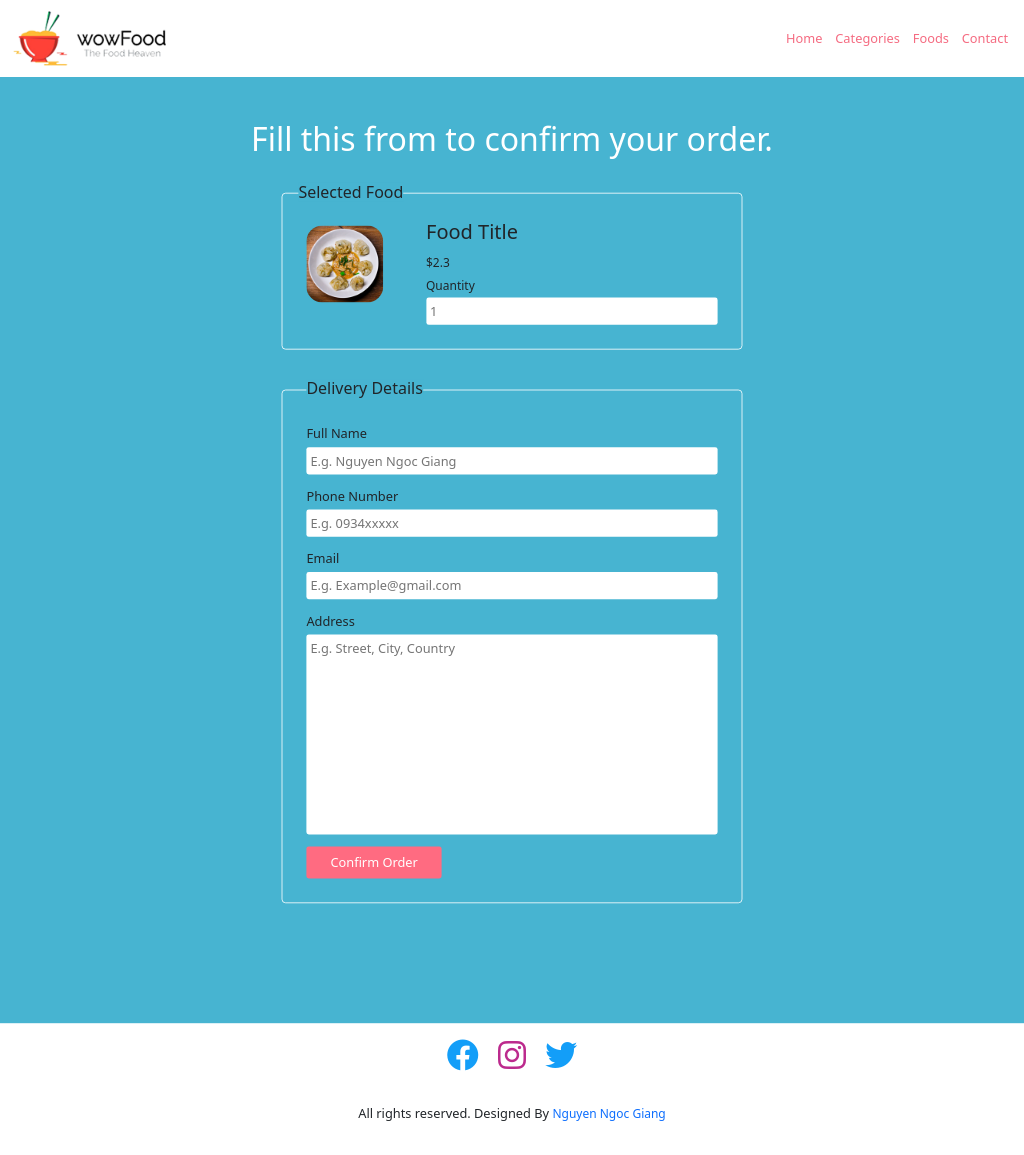
Repository: ruaruababa/RestaurantBS5
Page: http://localhost/html/order-momo.php
The author's editor kept a copy of each file at every save. The page is drawn from the files as they stood at one save, then again after a run of saves.
The browser window is 1280 px wide. The pictures show the whole page, at 80% of full size.
The page is run by PHP 8.4 with error messages shown; the project is at /var/www/html/.

Above is the page before, as saved 2021-09-26 22:00:43.

After the next 2 saves:
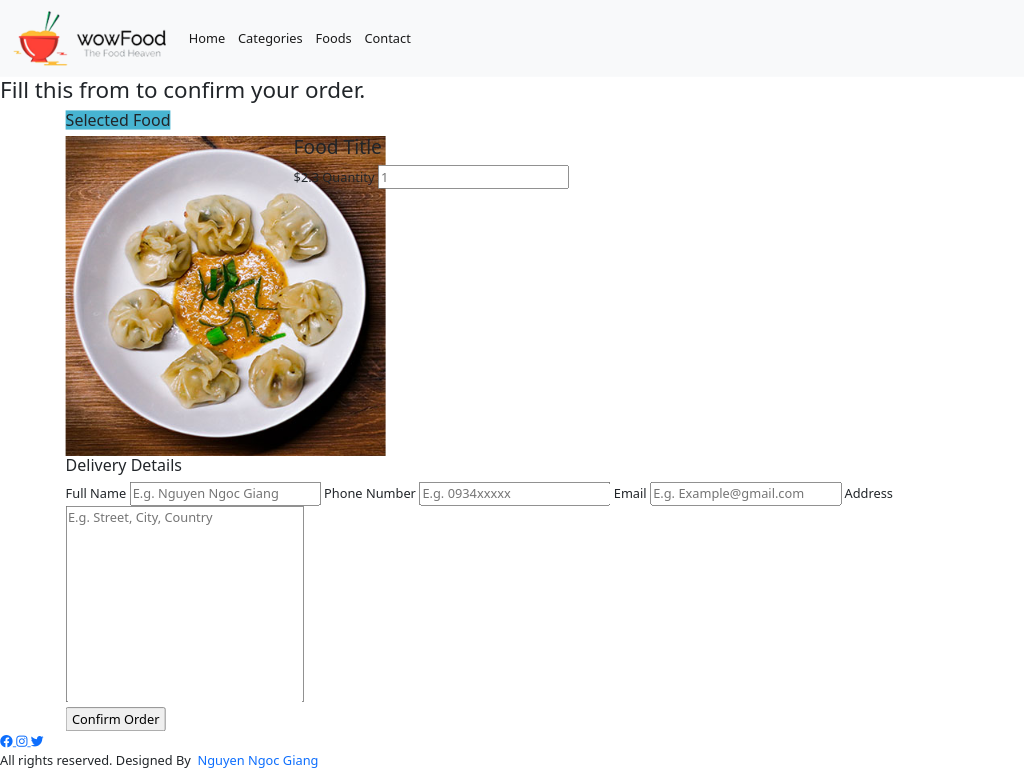
The 2 saves are shown as one change because they came seconds apart.
The last was saved 30 s later.
--- a/html/order-momo.php
+++ b/html/order-momo.php
@@ -13,7 +13,7 @@
     <link rel="stylesheet" href="https://cdnjs.cloudflare.com/ajax/libs/font-awesome/6.0.0-beta2/css/all.min.css"
         integrity="sha512-YWzhKL2whUzgiheMoBFwW8CKV4qpHQAEuvilg9FAn5VJUDwKZZxkJNuGM4XkWuk94WCrrwslk8yWNGmY1EduTA=="
         crossorigin="anonymous" referrerpolicy="no-referrer" />
-    <link rel="stylesheet" href="/restaurantbs5/css/style.css" />
+    <link rel="stylesheet" href="">
 </head>
 
 <body>

After the 3 saves that followed:
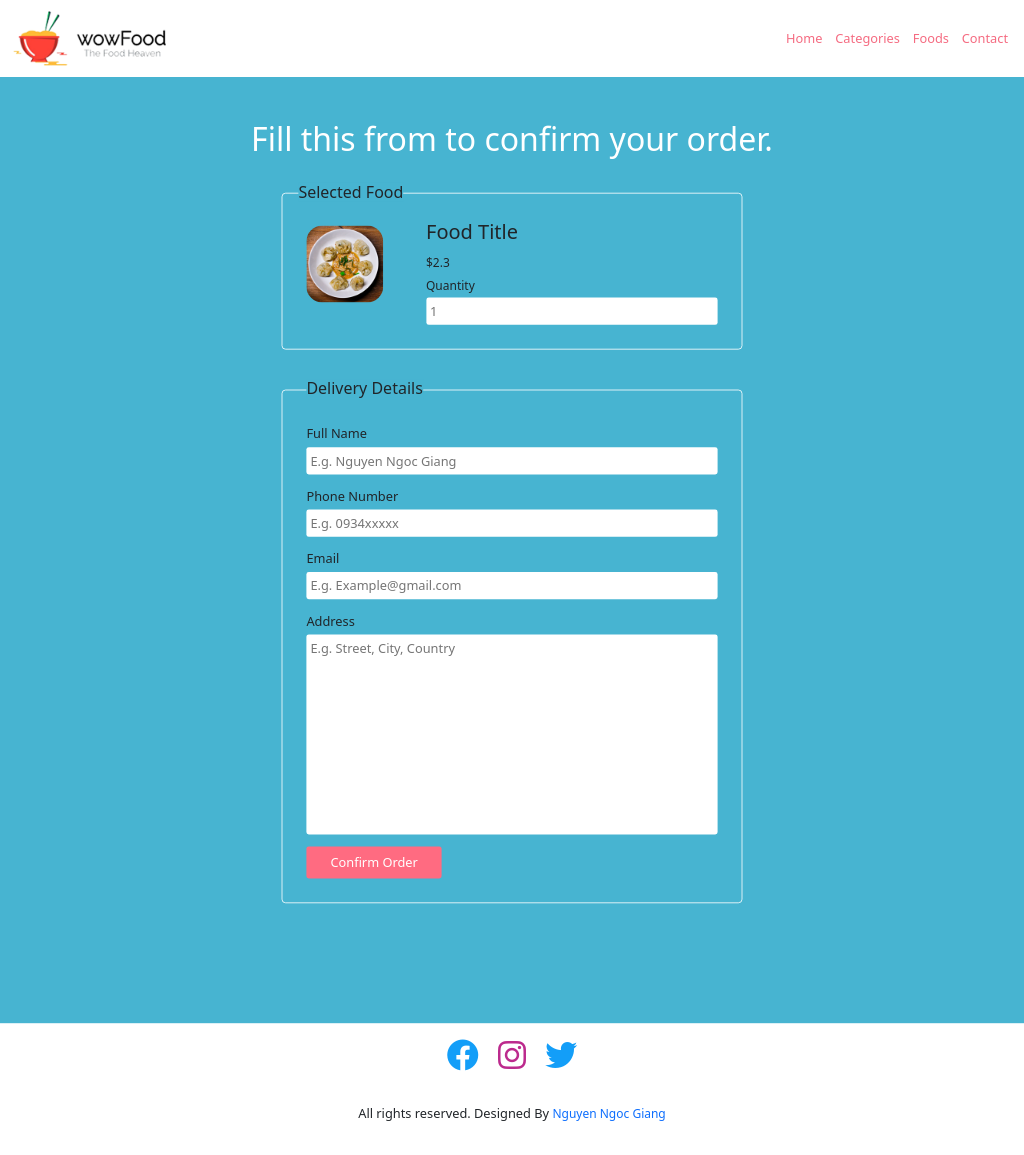
The 3 saves are shown as one change because they came seconds apart.
The last was saved 13 s later.
--- a/html/order-momo.php
+++ b/html/order-momo.php
@@ -13,7 +13,7 @@
     <link rel="stylesheet" href="https://cdnjs.cloudflare.com/ajax/libs/font-awesome/6.0.0-beta2/css/all.min.css"
         integrity="sha512-YWzhKL2whUzgiheMoBFwW8CKV4qpHQAEuvilg9FAn5VJUDwKZZxkJNuGM4XkWuk94WCrrwslk8yWNGmY1EduTA=="
         crossorigin="anonymous" referrerpolicy="no-referrer" />
-    <link rel="stylesheet" href="">
+    <link rel="stylesheet" href="/restaurant/css/style.css">
 </head>
 
 <body>
